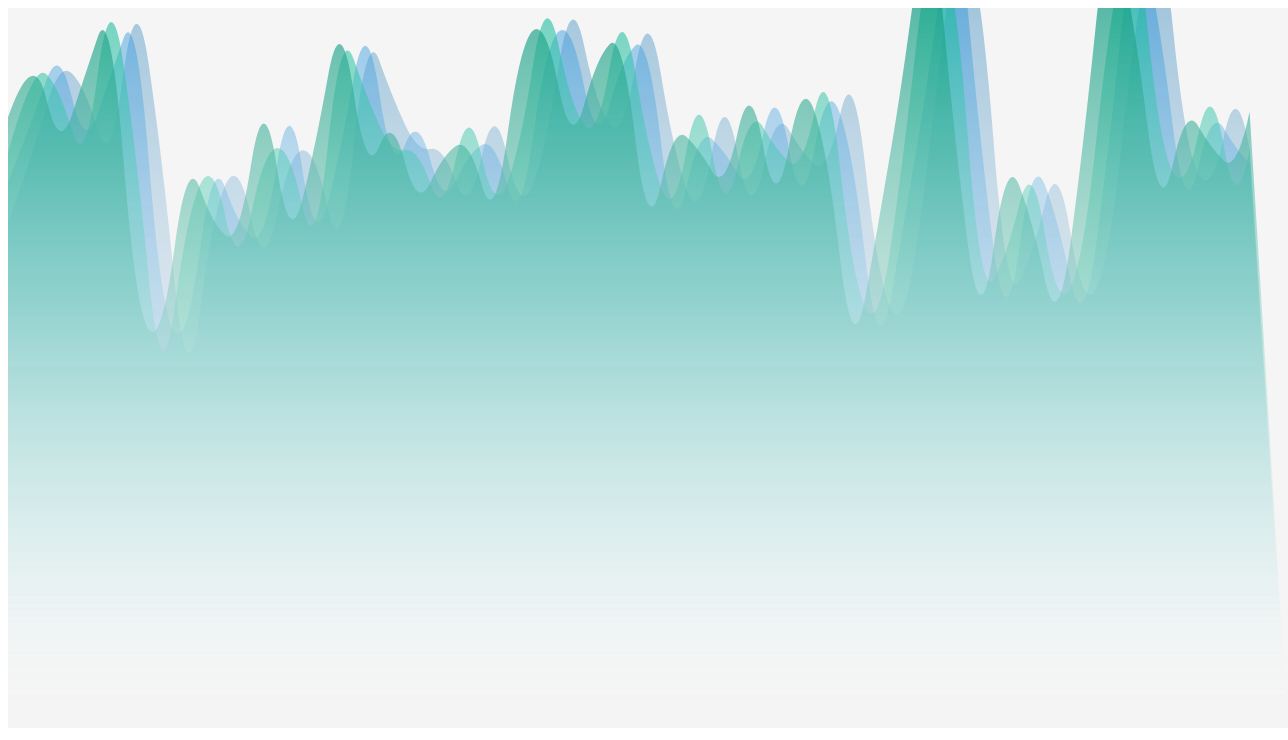
Repository: Pgz1975/GFY
Page: horizon.html
An editor plug-in stored every save of this project. The page is shown before and after the next save, followed by the edit.
The browser window is 1280 px wide. The page is 1288 px wide, so the pictures cover 1288 px, including what lies to the right of the window. The pictures show the whole page.

Above is the page before, as saved 2025-01-13 08:35:36.

### horizon.html
<!DOCTYPE html>
<html>
<head>
    <style>
        canvas {
            width: 100vw;
            height: 100vh;
            background: #f5f5f5;
        }
    </style>
</head>
<body>
    <canvas id="horizonCanvas"></canvas>
    <script>
        // Core canvas setup
        const canvas = document.getElementById('horizonCanvas');
        const ctx = canvas.getContext('2d');

        // Visual parameters - easily adjustable
        const params = {
            // Colors represent different layers of knowledge/exploration
            colors: [
                'rgba(41, 128, 185, 0.4)',  // Light blue - surface knowledge
                'rgba(52, 152, 219, 0.5)',  // Medium blue - deeper understanding
                'rgba(26, 188, 156, 0.6)',  // Teal - wisdom
                'rgba(22, 160, 133, 0.7)'   // Deep teal - profound insights
            ],

            // Motion and shape parameters
            layers: 4,                    // Number of overlapping horizons
            smoothness: 0.002,           // How smooth the curves are
            amplitude: 0.15,             // Height of the waves
            evolution: 0.002,           // Speed of change
            complexity: 20,               // Complexity of the patterns

            // Visual style
            lineWidth: 10,
            tension: 1.4,                // How "taught" the curves are
        };

        // Set up high-DPI canvas
        function setupCanvas() {
            const dpr = window.devicePixelRatio || 1;
            const rect = canvas.getBoundingClientRect();
            canvas.width = rect.width * dpr;
            canvas.height = rect.height * dpr;
            ctx.scale(dpr, dpr);
            canvas.style.width = `${rect.width}px`;
            canvas.style.height = `${rect.height}px`;
        }

        // Improved Perlin noise function for smooth natural movement
        function improvedNoise(x, y) {
            const X = Math.floor(x) & 255;
            const Y = Math.floor(y) & 255;
            x -= Math.floor(x);
            y -= Math.floor(y);

            // Smooth interpolation
            const u = fade(x);
            const v = fade(y);

            // Calculate gradients
            const a = p[X]+Y;
            const b = p[X+1]+Y;

            return lerp(
                lerp(grad(p[a], x, y), grad(p[b], x-1, y), u),
                lerp(grad(p[a+1], x, y-1), grad(p[b+1], x-1, y-1), u),
                v
            );
        }

        // Helper functions for noise generation
        function fade(t) { return t * t * t * (t * (t * 6 - 15) + 10); }
        function lerp(a, b, t) { return (1 - t) * a + t * b; }
        function grad(hash, x, y) {
            const h = hash & 15;
            const grad = 1 + (h & 7);
            return ((h & 8) ? -grad : grad) * x + ((h & 4) ? -grad : grad) * y;
        }

        // Generate permutation table for noise
        const p = new Array(512);
        for(let i = 0; i < 256; i++) p[i] = p[i + 256] = Math.floor(Math.random() * 256);

        // Draw a single horizon layer
        function drawHorizon(offset, color, time) {
            ctx.beginPath();
            ctx.moveTo(0, canvas.height * 0.3);

            // Generate points for the curve
            const points = [];
            for(let x = 0; x <= canvas.width; x += canvas.width/50) {
                const xPos = x / canvas.width;
                const yNoise = improvedNoise(
                    xPos * params.complexity + time * params.evolution,
                    offset
                ) * params.amplitude;

                points.push({
                    x: x,
                    y: canvas.height * (0.2 + yNoise)
                });
            }

            // Draw smooth curve through points
            ctx.beginPath();
            ctx.moveTo(points[0].x, points[0].y);

            for(let i = 1; i < points.length - 2; i++) {
                const xc = (points[i].x + points[i + 1].x) / 2;
                const yc = (points[i].y + points[i + 1].y) / 2;
                ctx.quadraticCurveTo(points[i].x, points[i].y, xc, yc);
            }

            // Connect to bottom
            ctx.lineTo(canvas.width, canvas.height);
            ctx.lineTo(0, canvas.height);
            ctx.closePath();

            // Fill with gradient
            const gradient = ctx.createLinearGradient(0, 0, 0, canvas.height);
            gradient.addColorStop(0, color);
            gradient.addColorStop(1, 'rgba(255, 255, 255, 0)');
            ctx.fillStyle = gradient;
            ctx.fill();
        }

        // Animation loop
        let time = 0;
        function animate() {
            ctx.clearRect(0, 0, canvas.width, canvas.height);

            // Draw each layer of the horizon
            for(let i = 0; i < params.layers; i++) {
                drawHorizon(
                    i * params.smoothness,
                    params.colors[i],
                    time + i * 100
                );
            }

            time += 1;
            requestAnimationFrame(animate);
        }

        // Initialize and start
        setupCanvas();
        window.addEventListener('resize', setupCanvas);
        animate();
    </script>
</body>
</html>

After the next save:
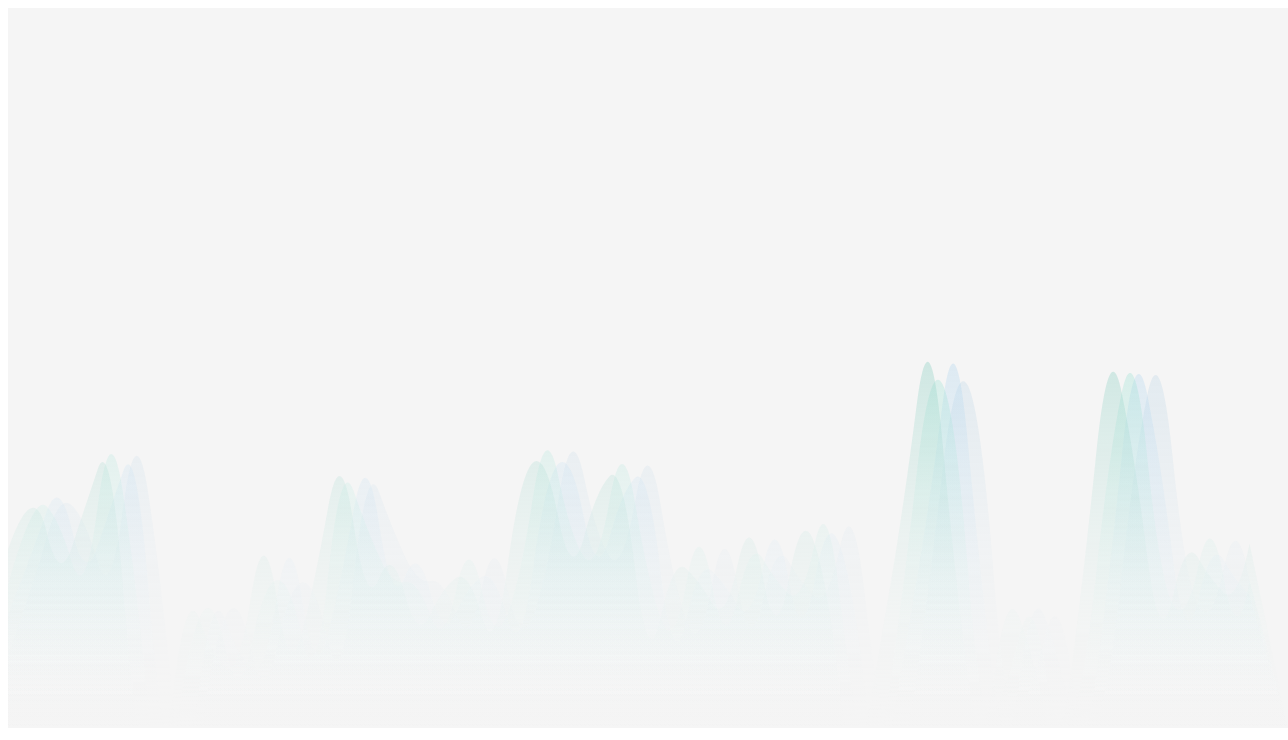
Saved 8 s later.
--- a/horizon.html
+++ b/horizon.html
@@ -100,7 +100,7 @@
 
                 points.push({
                     x: x,
-                    y: canvas.height * (0.2 + yNoise)
+                    y: canvas.height * (0.8 + yNoise)
                 });
             }
 
